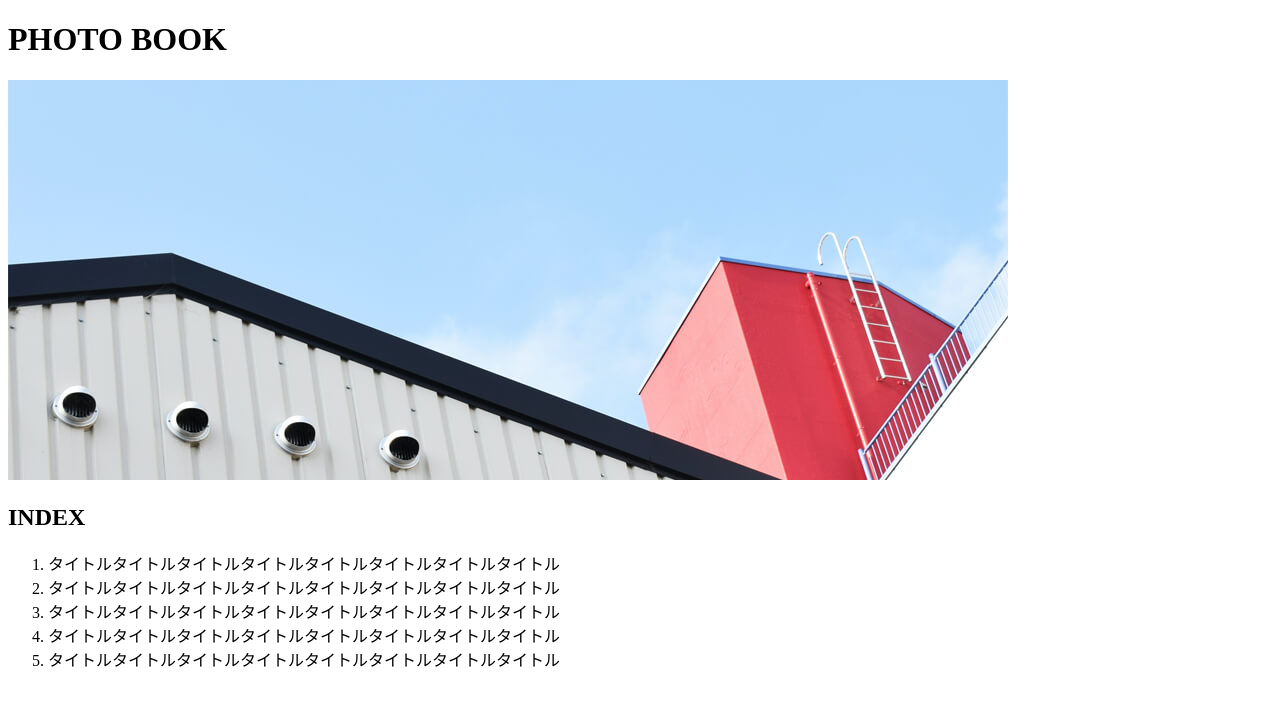
Repository: daytime/LP-study
Page: photo_book/index.html
These files come from the project's save history. The page is drawn as it stood at one moment and after the next save; the edit follows.
The browser window is 1280 px wide. The pictures show the whole page.

Above is the page before, as saved 2025-01-28 12:49:41.

### photo_book/index.html
<!DOCTYPE html>
<html lang="ja">
  <head>
    <meta charset="UTF-8" />
    <meta name="viewport" content="width=device-width, initial-scale=1.0" />
    <title>PHOTO BOOK</title>
  </head>
  <header>
    <h1>PHOTO BOOK</h1>
    <img src="img/mainvisual.jpg" alt="ロゴ" />
  </header>
  <body>
    <aside>
      <nav class="index">
        <h2>INDEX</h2>
        <ol number="1">
          <li>
            タイトルタイトルタイトルタイトルタイトルタイトルタイトルタイトル
          </li>
          <li>
            タイトルタイトルタイトルタイトルタイトルタイトルタイトルタイトル
          </li>
          <li>
            タイトルタイトルタイトルタイトルタイトルタイトルタイトルタイトル
          </li>
          <li>
            タイトルタイトルタイトルタイトルタイトルタイトルタイトルタイトル
          </li>
          <li>
            タイトルタイトルタイトルタイトルタイトルタイトルタイトルタイトル
          </li>
        </ol>
      </nav>
    </aside>
  </body>
</html>

After the next save:
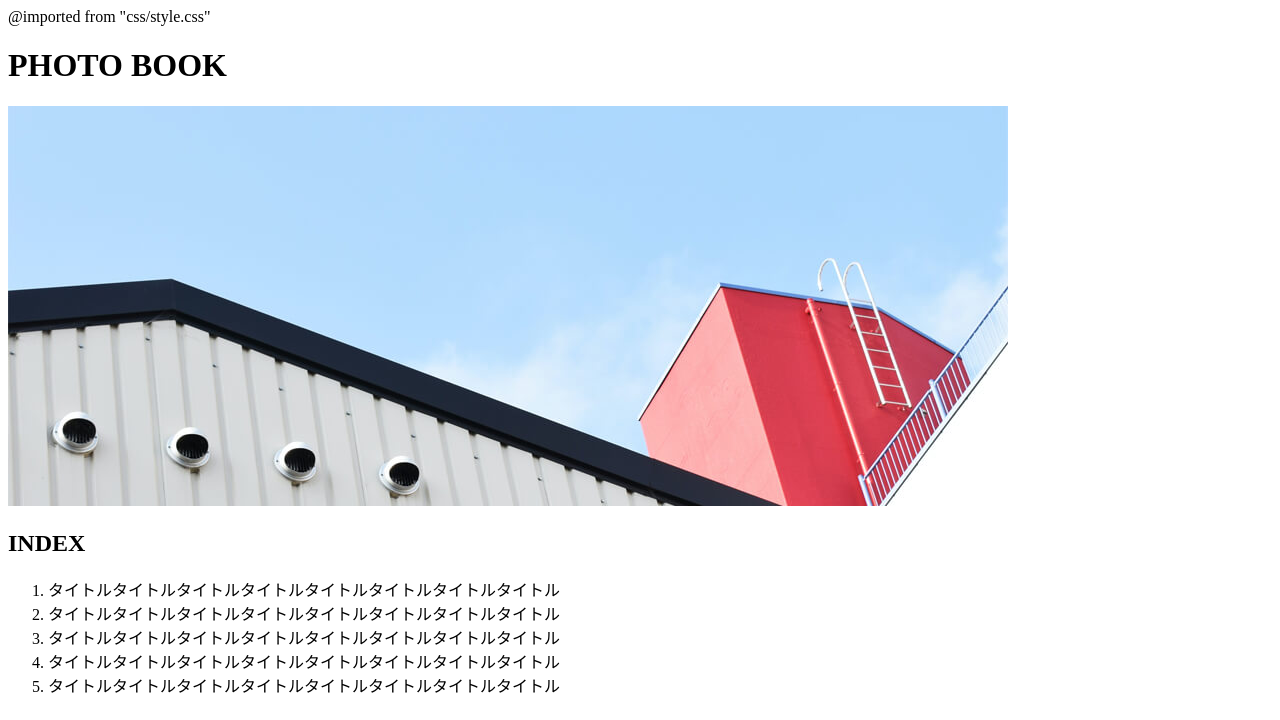
Saved 105 s later.
--- a/photo_book/index.html
+++ b/photo_book/index.html
@@ -3,6 +3,7 @@
   <head>
     <meta charset="UTF-8" />
     <meta name="viewport" content="width=device-width, initial-scale=1.0" />
+    @imported from "css/style.css"
     <title>PHOTO BOOK</title>
   </head>
   <header>
